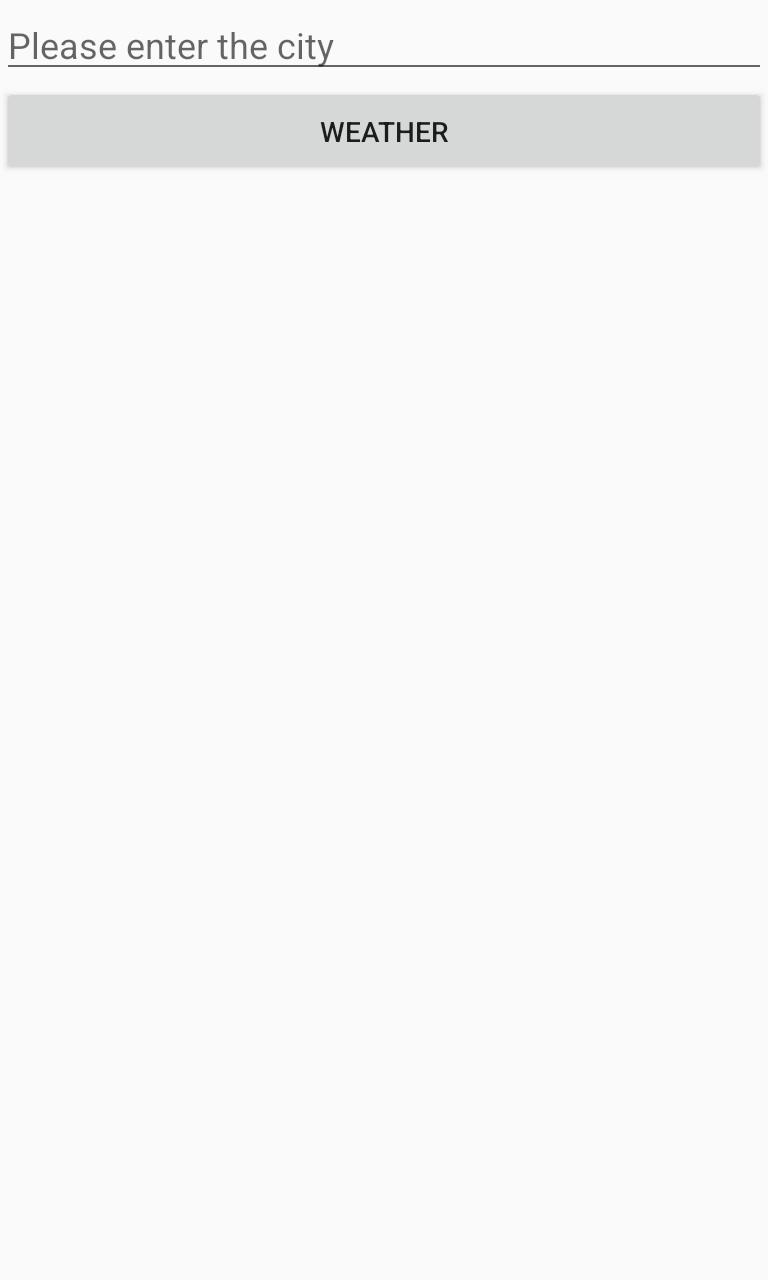
Repository: alexWr/weather-app
Layout: OpenWeatherT/res/layout/main.xml
These files come from the project's save history. The layout is drawn as it stood at one moment and after the next save; the edit follows.
It is drawn on a 768 x 1280 px phone screen (xhdpi) without system bars, with theme AppTheme; the app's code is not run.

Above is the layout before, as saved 2014-10-16 07:00:21.

After the next save:
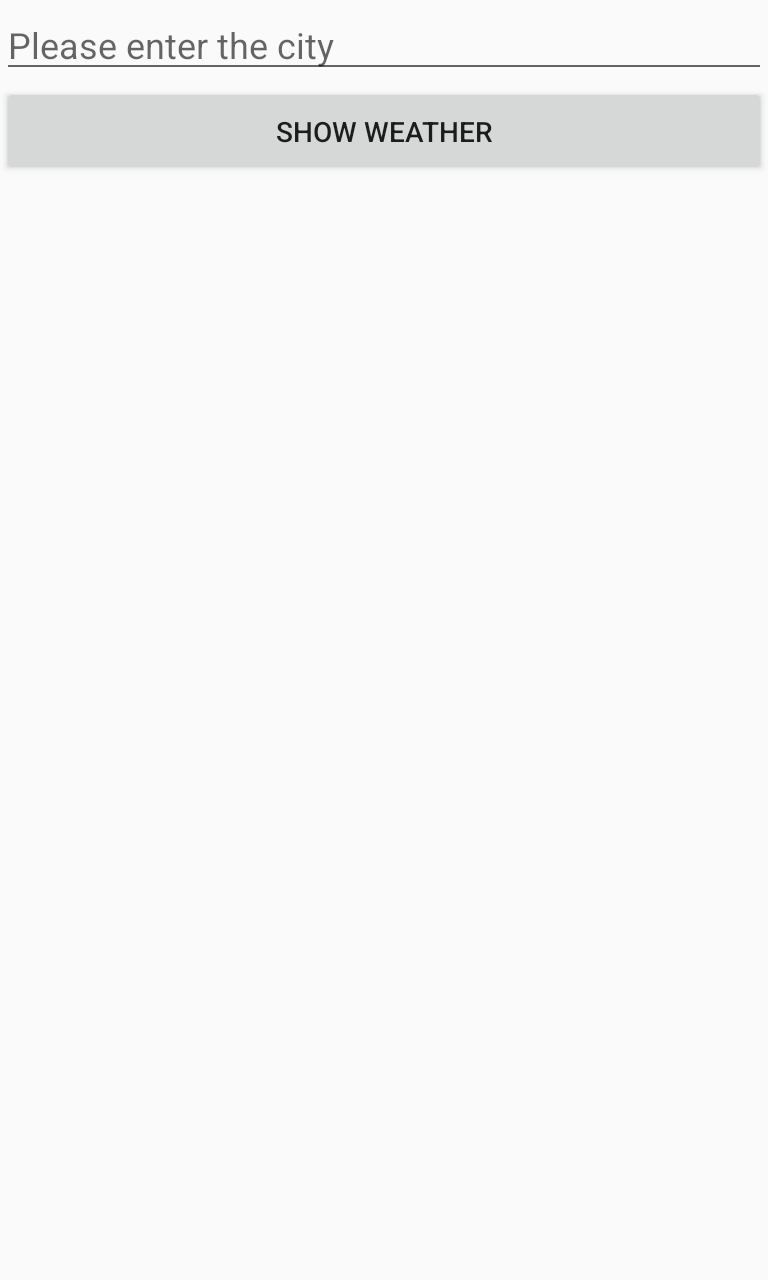
Saved 21 s later.
--- a/OpenWeatherT/res/layout/main.xml
+++ b/OpenWeatherT/res/layout/main.xml
@@ -14,7 +14,7 @@
 		android:layout_width="match_parent"
 		android:layout_height="wrap_content"
 		android:layout_gravity="center"
-		android:text="weather"
+		android:text="Show weather"
 		android:id="@+id/btnSend"/>
 	<TextView
         android:layout_width="wrap_content"
